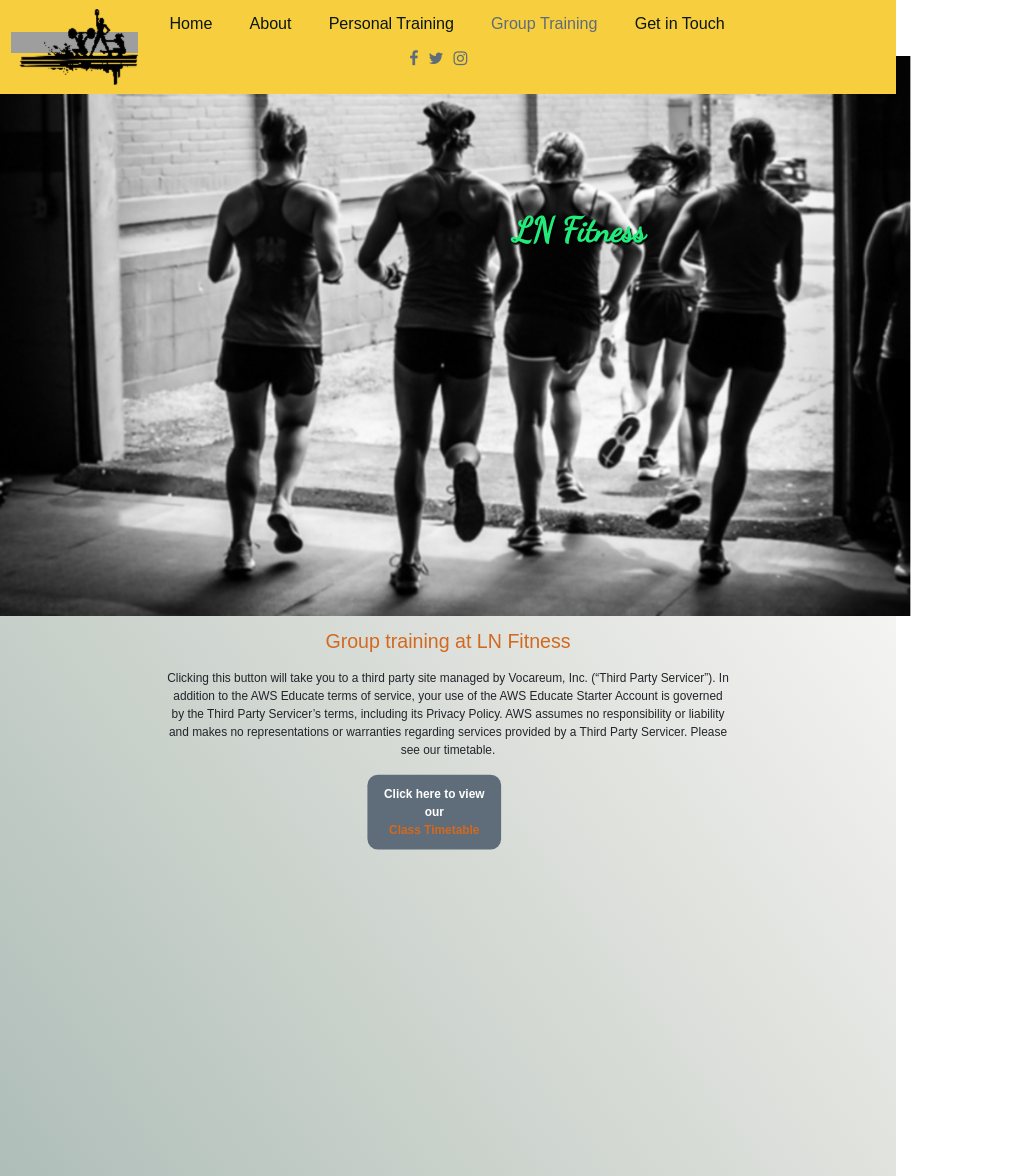
Repository: murphya14/Fitness-webpage
Page: group-training.html
The author's editor kept a record of every edit. The page is drawn from the files as they stood at one moment, then again after the next edit.
The browser window is 1280 px wide. The page is 1453 px wide, then 1301 px, then 1453 px, so the pictures cover 1453 px, including what lies to the right of the window. The pictures show the part of the page from y = 0 to 1680 px (the page is 2745 px tall before and 2791 px after), at 70% of full size.
Pictures or frames that could not be fetched are drawn as grey boxes. Some web libraries are served in a nearby version.

Above is the page before.

After the next edit:
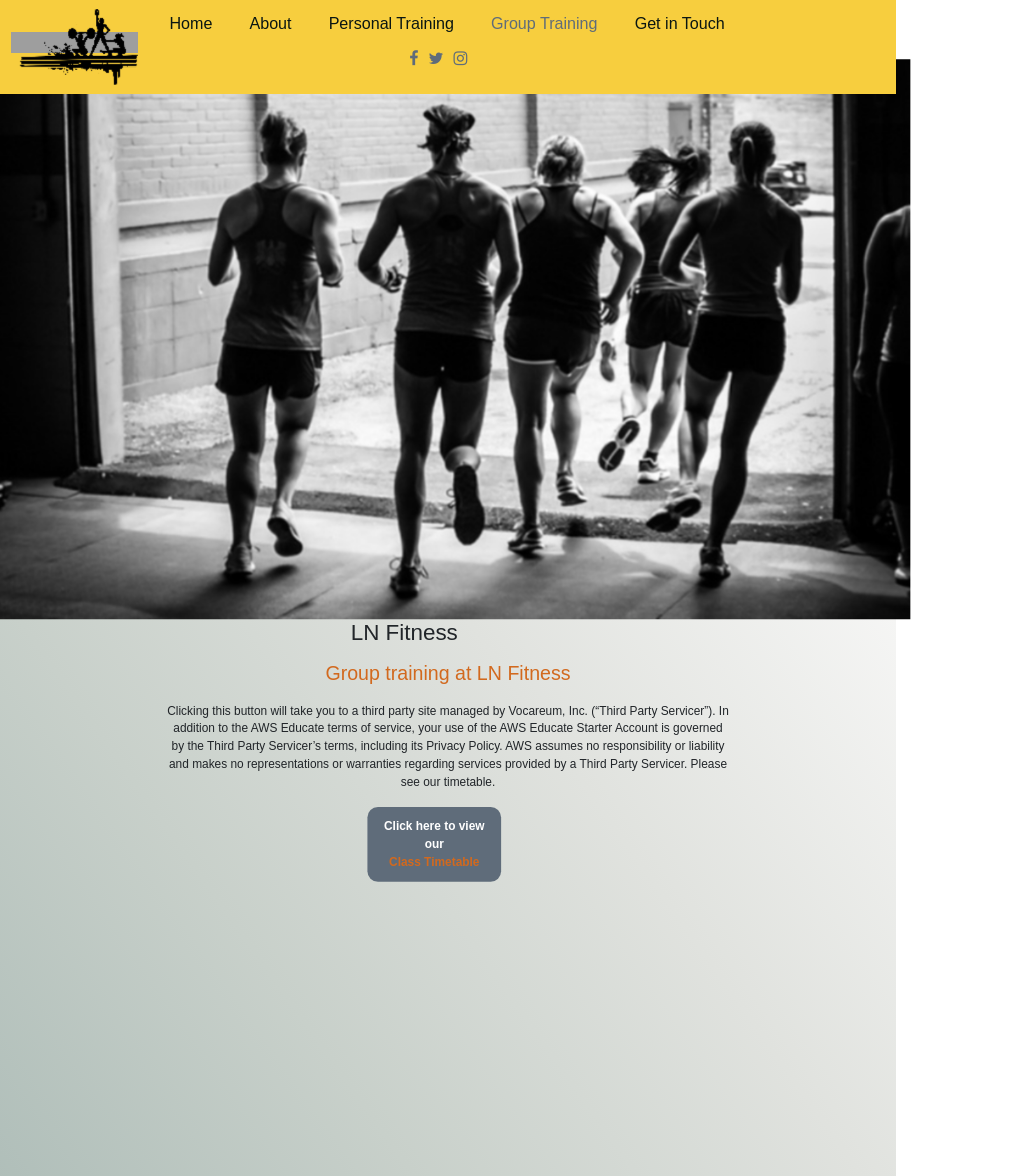
The edit:
--- a/assets/css/style.css
+++ b/assets/css/style.css
@@ -154,6 +154,11 @@
     transform: translate(-5%, +10%);
     margin: 0;
 
+
+
+display: block;
+margin: auto;
+}
  }
 
 

After the 3 edits that followed:
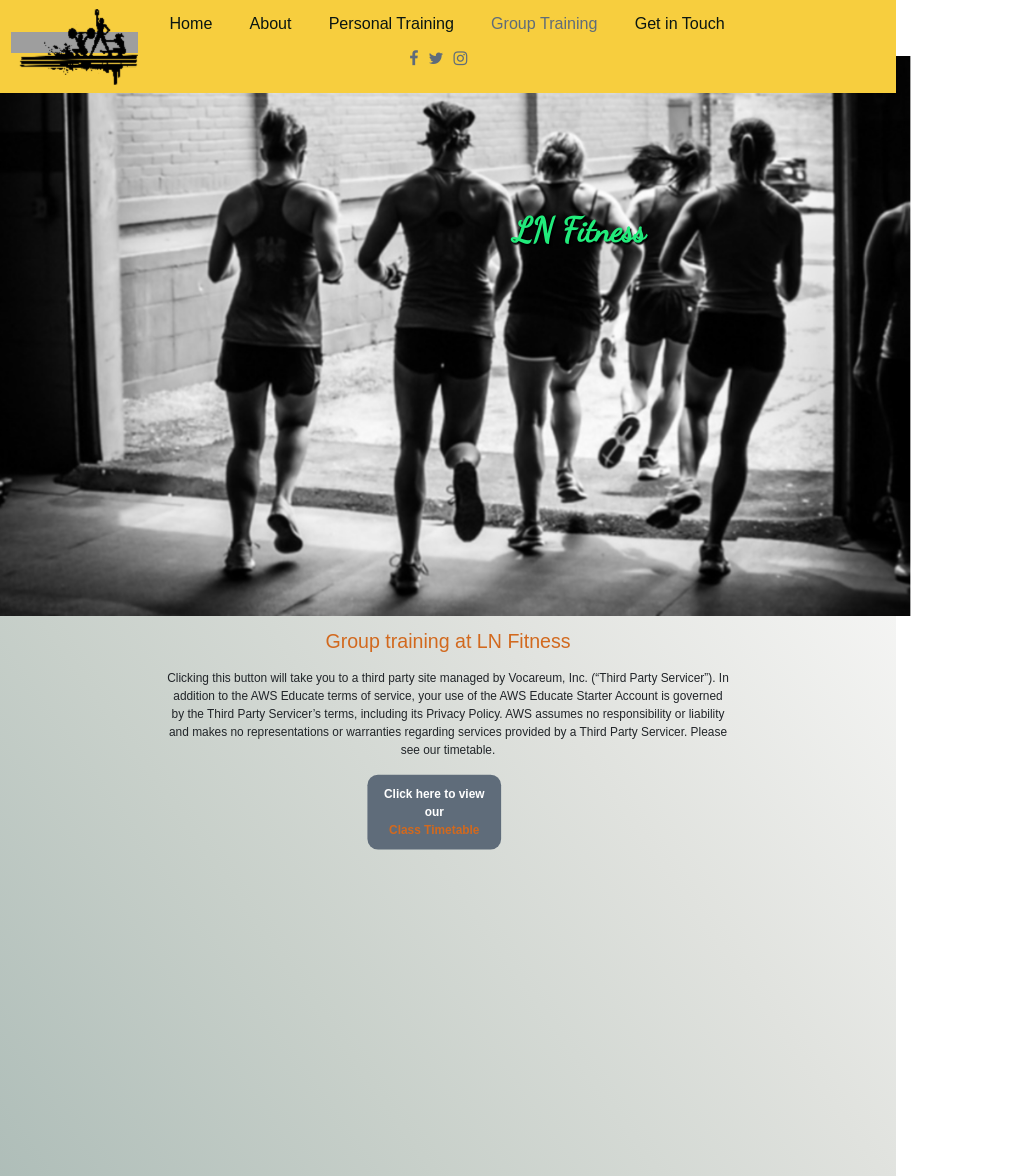
The 3 edits are shown as one change because 2 left the picture as it was.
The edit:
--- a/assets/css/style.css
+++ b/assets/css/style.css
@@ -152,14 +152,14 @@
     padding-right:0;
     position: relative;
     transform: translate(-5%, +10%);
-    margin: 0;
-
-
-
-display: block;
-margin: auto;
-}
- }
+
+
+
+
+
+margin: 0;
+}
+
 
 
 
